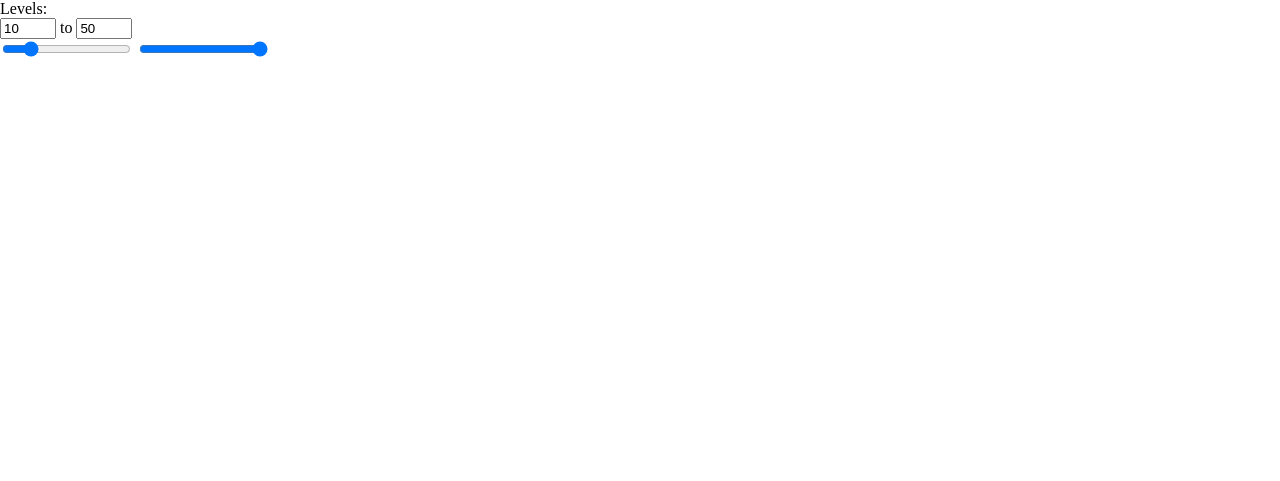
Repository: Dmitriy970411/myDoc1
Page: my-jquery-workings/counter/index.html
An editor plug-in stored every save of this project. The page is shown before and after the next save, followed by the edit.
The browser window is 1280 px wide. The pictures show the whole page.

Above is the page before, as saved 2020-01-23 03:21:32.

After the next save:
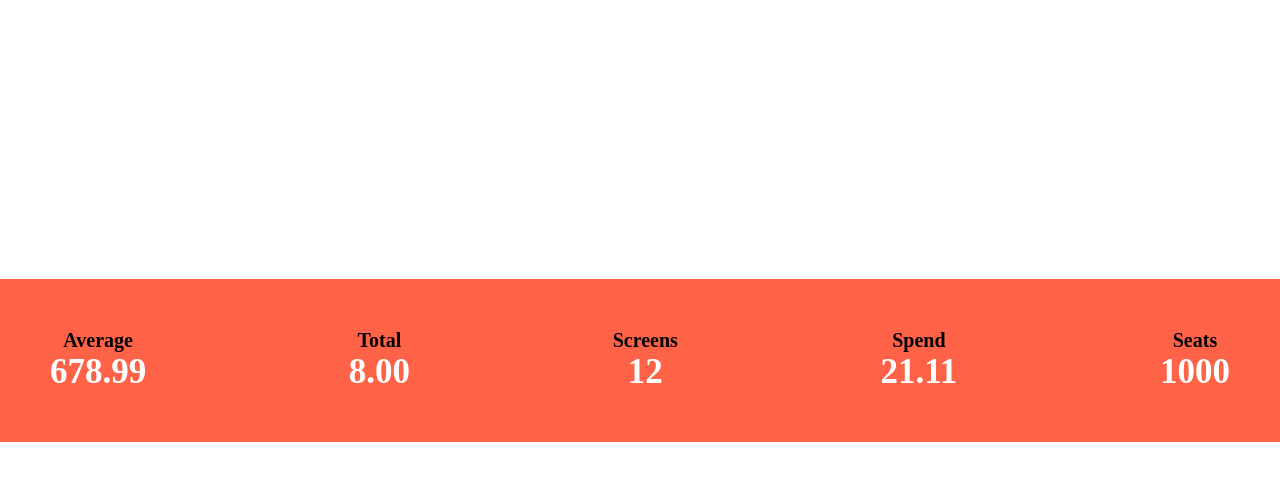
Saved 4 s later.
--- a/my-jquery-workings/counter/index.html
+++ b/my-jquery-workings/counter/index.html
@@ -10,23 +10,31 @@
 </head>
 
 <body>
+  <div class="align">
+    <div class="stat-wrap">
+       <div>
+          Average
+          <span class="stat-number">678.99</span>
+       </div>
+       <div>
+          Total
+          <span class="stat-number">8.00</span>
+       </div>
+          <div>
+             Screens
+          <span class="stat-number">12</span>
+       </div>
+          <div>
+             Spend
+          <span class="stat-number">21.11</span>
+       </div>
+          <div>
+             Seats
+          <span class="stat-number">1000</span>
+       </div>
+    </div>
+ </div>
 
-      <!-- With number fields -->
-      <div class="filter level-filter level-req">
-        <div id="rangeSlider" class="range-slider">
-          <label>Levels:</label>
-
-          <div class="number-group">
-            <input class="number-input" type="number" value="10" min="0" max="50" /> to
-            <input class="number-input" type="number" value="50" min="0" max="50" />
-          </div>
-
-          <div class="range-group">
-            <input class="range-input" value="10" min="1" max="50" step="1" type="range" />
-            <input class="range-input" value="50" min="1" max="50" step="1" type="range" />
-          </div>
-        </div>
-      </div><!-- // filter level-filter -->
    </div>
 </body>
    <script src="js/main.js"></script>
